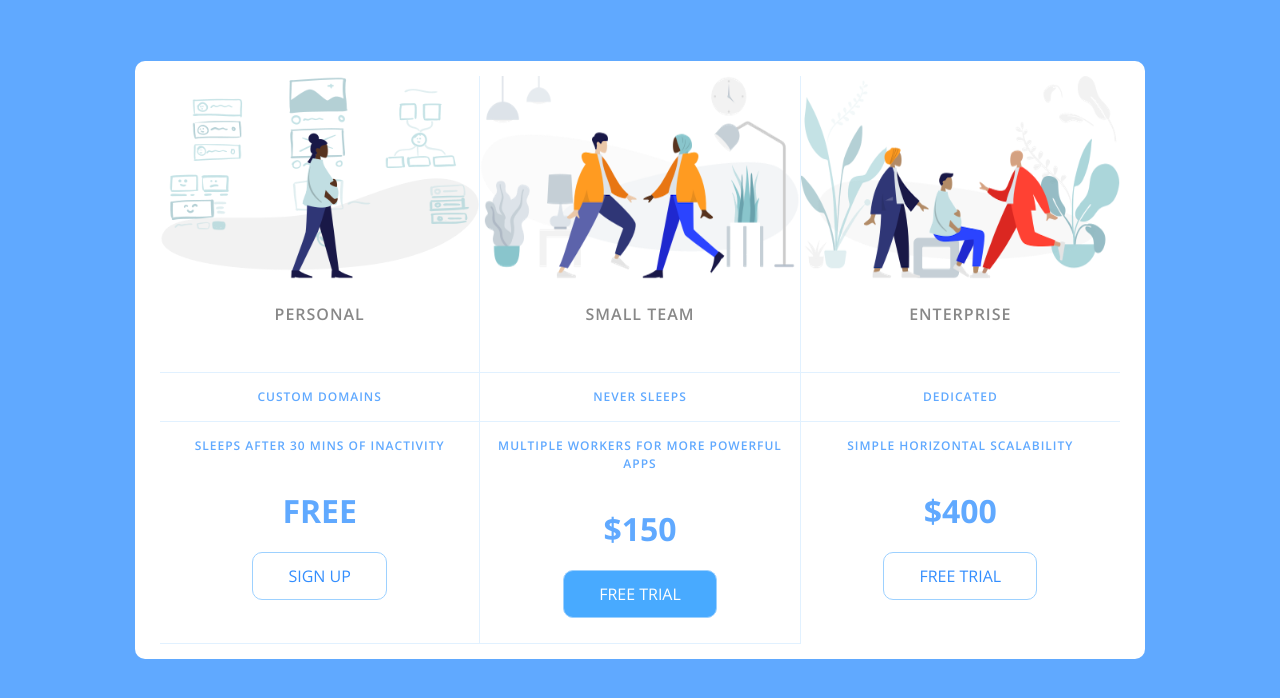
Repository: fatehailey/Pricing-Panel
Page: index.html
An editor plug-in stored every save of this project. The page is shown before and after the next save, followed by the edit.
The browser window is 1280 px wide. The pictures show the whole page.

Above is the page before, as saved 2022-09-16 12:56:49.

After the next save:
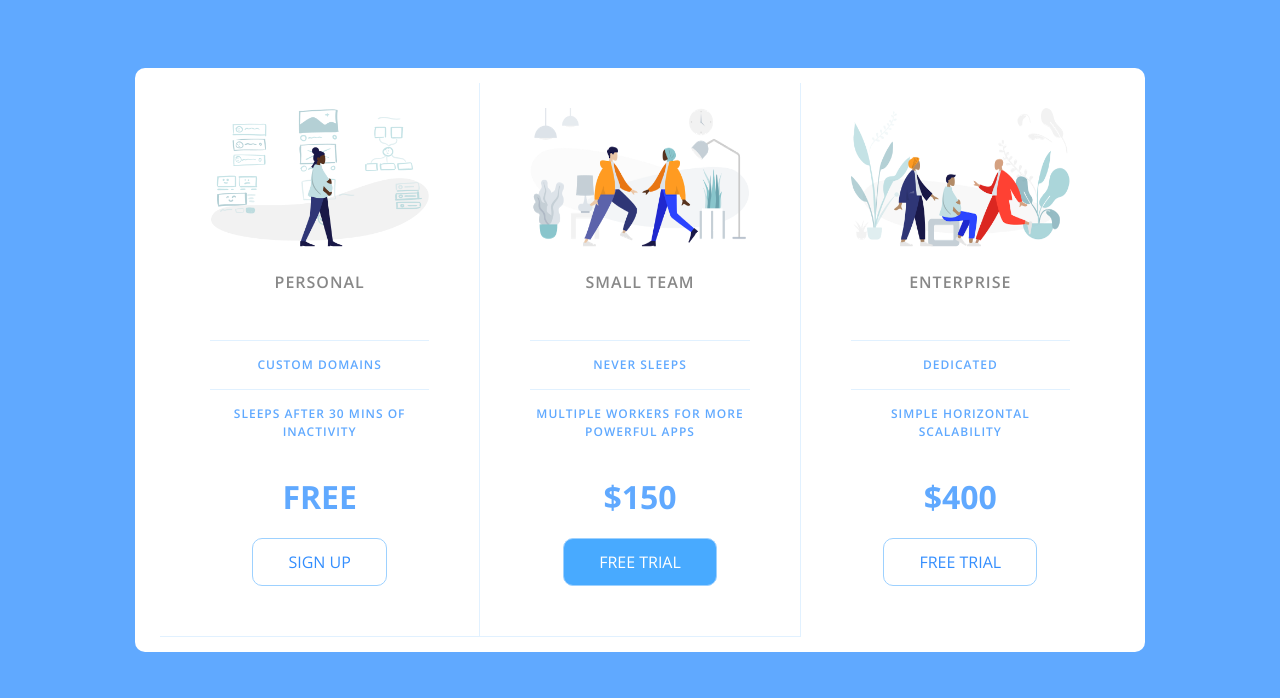
Saved 16 s later.
--- a/app.css
+++ b/app.css
@@ -142,6 +142,7 @@
     .pricing-plan{
         border-bottom: none;
         border-right: 1px solid #e1f1ff;
+        padding: 25px 50px;
     }
     .pricing-plan:last-child{
         border-right: none;
